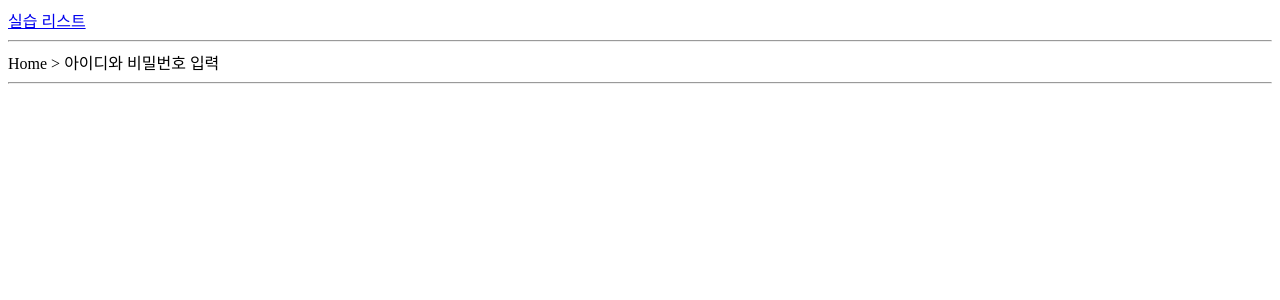
Repository: dhc518/WebProgramming_2023
Page: http://localhost/JSPStudy/ch05/dataLength.jsp
These files come from the project's save history. The page is drawn as it stood at one moment and after the next save; the edit follows.
The browser window is 1280 px wide. The pictures show the whole page.
The page is served by Tomcat 9.

Above is the page before, as saved 2023-03-31 05:40:23.
Console error: SyntaxError: Unexpected token ':'

After the next save:
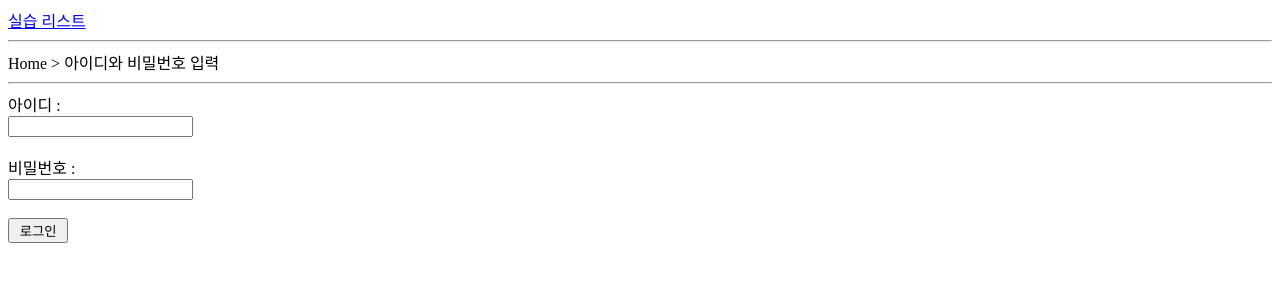
Saved 5 min 23 s later.
--- a/Project/JSPStudy/src/main/webapp/ch05/dataLength.jsp
+++ b/Project/JSPStudy/src/main/webapp/ch05/dataLength.jsp
@@ -29,6 +29,13 @@
 	<hr>
 	Home > 아이디와 비밀번호 입력
 	<hr>
-
+	<form name="loginForm" action="dataLength_success.jsp"
+		method="post" onsubmit="return checkFun()">
+		아이디 : <br>
+		<input type="text" name="id"><br><br>
+		비밀번호 : <br>
+		<input type="text" name="passwd"><br><br>
+		<input type="submit" value=" 로그인 ">
+	</form>
 </body>
 </html>
